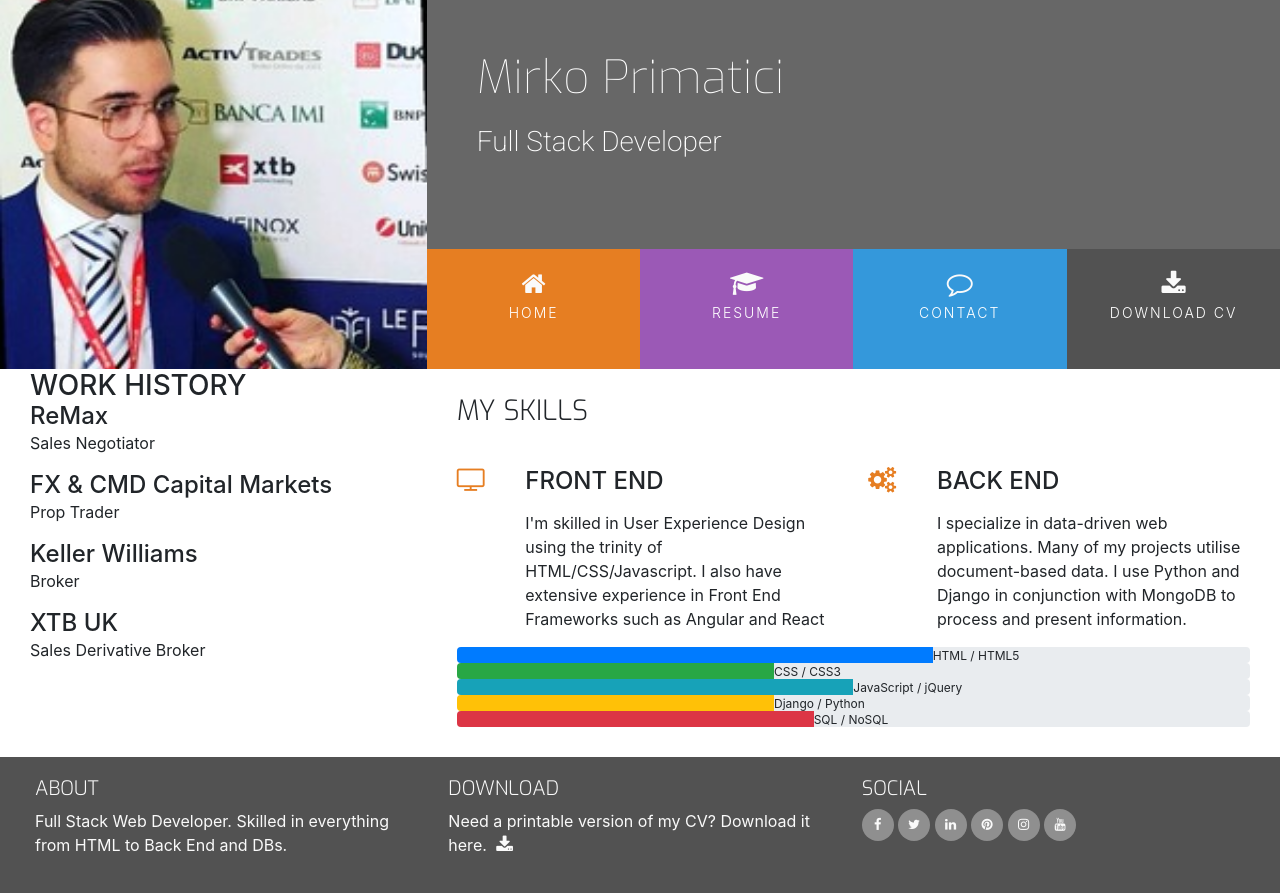
Repository: mirkoprimaticix/Resume
Page: resume.html
The author's editor kept a record of every edit. The page is drawn from the files as they stood at one moment, then again after the next edit.
The browser window is 1280 px wide. The pictures show the whole page.
Some web libraries are served in a nearby version.

Above is the page before.
Console error: TypeError: Cannot read properties of undefined (reading 'fn')

### resume.html
<!DOCTYPE html>
<html lang="en">
<head>
    <meta charset="UTF-8">
    <meta name="viewport" content="width=device-width, initial-scale=1.0">
    <meta http-equiv="X-UA-Compatible" content="ie=edge">
    <link rel="stylesheet" href="https://stackpath.bootstrapcdn.com/bootstrap/4.3.1/css/bootstrap.min.css" integrity="sha384-ggOyR0iXCbMQv3Xipma34MD+dH/1fQ784/j6cY/iJTQUOhcWr7x9JvoRxT2MZw1T" crossorigin="anonymous">
    <script src="https://stackpath.bootstrapcdn.com/bootstrap/4.3.1/js/bootstrap.min.js" integrity="sha384-JjSmVgyd0p3pXB1rRibZUAYoIIy6OrQ6VrjIEaFf/nJGzIxFDsf4x0xIM+B07jRM" crossorigin="anonymous"></script>
    <link rel="stylesheet" href="https://stackpath.bootstrapcdn.com/font-awesome/4.7.0/css/font-awesome.min.css" type="text/css" />
    <link rel="stylesheet" href="https://cdnjs.cloudflare.com/ajax/libs/hover.css/2.1.1/css/hover-min.css" type="text/css" />
    <link rel="stylesheet" href="assets/css/style.css" type="text/css" />
    <title>Mirko</title>
</head>
<body>
    <header>
        <div class = "row no-gutters">
            <a href="index.html" class = "col-md-4 logo">

            </a>
            <div class="col-md-8">
                <div class="row no-gutters bg-color-name-title">
                    <div class="col heading">
                        <h1 class="name">Mirko Primatici</h1>
                        <h2 class="title"> Full Stack Developer</h2>
                    </div>
                </div>
                <div class="row no-gutters">
                    <div class="col">
                        <ul id="nav" class="list-inline menucontainer">
                            <li class="col-6 col-sm-3 list-inline-item ui-menu-color-home menuitem">
                                <a href="#" class="hvr-sweep-to-bottom"><i class="fa fa-home" aria-hidden="true"></i><span>Home</span></a>
                            </li>
                            <li class="col-6 col-sm-3 list-inline-item ui-menu-color-resume menuitem">
                                <a href="#" class="hvr-sweep-to-bottom"><i class="fa fa-graduation-cap" aria-hidden="true"></i><span>Resume</span></a>
                            </li>
                            <li class="col-6 col-sm-3 list-inline-item ui-menu-color-contact menuitem">
                                <a href="#" class="hvr-sweep-to-bottom"><i class="fa fa-comment-o" aria-hidden="true"></i><span>Contact</span></a>
                            </li>
                            <li class="col-6 col-sm-3 list-inline-item ui-menu-color-download menuitem">
                                <a href="#" class="hvr-sweep-to-bottom"><i class="fa fa-download" aria-hidden="true"></i><span>Download CV</span></a>
                            </li>
                        </ul>
                    </div>
                </div>
            </div>
        </div>
    </header>
    <section class="container-fluid">
        <div class="row">
            <div class="col-md-4 bg-color-work-history section-column">
                <div class="row">
                    <div class="col-12">
                        <h3 class="history-heading uppercase">
                            Work History
                        </h3>
                    </div>
                </div>
                <div class="history-items">
                    <div class="timeline-item" data-dates="02/2015 - 04/2016">
                        <h4>ReMax</h4>
                        <p>Sales Negotiator</p>
                    </div>
                    <div class="timeline-item" data-dates="04/2016 - Present">
                        <h4>FX & CMD Capital Markets</h4>
                        <p>Prop Trader</p>
                    </div>
                    <div class="timeline-item" data-dates="08/2017 - 12/2018">
                        <h4>Keller Williams</h4>
                        <p>Broker</p>
                    </div>
                    <div class="timeline-item" data-dates="12/2018 - Present">
                        <h4>XTB UK</h4>
                        <p>Sales Derivative Broker</p>
                    </div>
                </div>
            </div>
            <div class="col-md-8 bg-color-three-reasons section-column">
                <div class="row">
                    <div class="col">
                        <h3 class="section-heading uppercase">My Skills</h3>
                    </div>
                </div>
                <div class="row">
                    <div class="col-10 offset-1 offset-sm-0 col-sm-4 col-md-6">
                        <div class="row">
                            <div class="col-2">
                                <i class="three-reasons-icon fa fa-tv" aria-hidden="true"></i>
                            </div>
                            <div class="col-10">
                                <h4 class="three-reasons-heading uppercase">Front End</h4>
                                <p>
                                    I'm skilled in User Experience Design using the trinity of HTML/CSS/Javascript. I also have extensive experience in Front End Frameworks such as Angular and React
                                </p>
                            </div>
                        </div>
                    </div>
                    <div class="col-10 offset-1 offset-sm-0 col-sm-4 col-md-6">
                        <div class="row">
                            <div class="col-2">
                                <i class="three-reasons-icon fa fa-gears" aria-hidden="true"></i>
                            </div>
                            <div class="col-10">
                                <h4 class="three-reasons-heading uppercase">Back End</h4>
                                <p>
                                    I specialize in data-driven web applications. Many of my projects utilise document-based data. I use Python and Django in conjunction with MongoDB to process and present information.
                                </p>
                            </div>
                        </div>
                    </div>
                </div>
                <div class="row progress-section">
                    <div class="col">
                        <div class="progress">
                            <div class="progress-bar" role="progressbar" aria-valuenow="60" aria-valuemin="0" aria-valuemax="100" style="width:60%;">
                                <span class="sr-only">60% complete</span>
                            </div>
                            <span class="progress-type">HTML / HTML5</span>
                        </div>
                        <div class="progress">
                            <div class="progress-bar bg-success" role="progressbar" aria-valuenow="40" aria-valuemin="0" aria-valuemax="100" style="width:40%;">
                                <span class="sr-only">40% complete</span>
                            </div>
                            <span class="progress-type">CSS / CSS3</span>
                        </div>
                        <div class="progress">
                            <div class="progress-bar bg-info" role="progressbar" aria-valuenow="50" aria-valuemin="0" aria-valuemax="100" style="width:50%;">
                                <span class="sr-only">50% complete</span>
                            </div>
                            <span class="progress-type">JavaScript / jQuery</span>
                        </div>
                        <div class="progress">
                            <div class="progress-bar bg-warning" role="progressbar" aria-valuenow="40" aria-valuemin="0" aria-valuemax="100" style="width:40%;">
                                <span class="sr-only">40% complete</span>
                            </div>
                            <span class="progress-type">Django / Python</span>
                        </div>
                        <div class="progress">
                            <div class="progress-bar bg-danger" role="progressbar" aria-valuenow="45" aria-valuemin="0" aria-valuemax="100" style="width:45%;">
                                <span class="sr-only">45% complete</span>
                            </div>
                            <span class="progress-type">SQL / NoSQL</span>
                        </div>
                    </div>
                </div>
            </div>
        </div>

    </section>
    <footer class="container-fluid">
        <div id="footer-details" class="row">
            <div class="col-sm-4">
                <h5 class="uppercase general-sub">About</h5>
                <p class="inline-block">
                    Full Stack Web Developer. Skilled in everything from HTML to Back End and DBs.
                </p>
            </div>
            <div class="col-sm-4">
                <h5 class="uppercase general-sub">Download</h5>
                <p class="inline-block">
                    Need a printable version of my CV? Download it here.
                    <a href="#" target="_blank" class="cv-pdf">
                        <i class="fa fa-download" aria-hidden="true"></i>
                        <span class="sr-only">Download link.</span>
                    </a>
                </p>
            </div>
            <div class="col-sm-4">
                <h5 class="uppercase general-sub">Social</h5>
                <ul class="list-inline social-links">
                    <li class="list-inline-item">
                        <a target="_blank" href="#">
                            <i class="fa fa-facebook" aria-hidden="true"></i>
                            <span class="sr-only">Facebook</span>
                        </a>
                    </li>
                    <li class="list-inline-item">
                        <a target="_blank" href="#">
                            <i class="fa fa-twitter" aria-hidden="true"></i>
                            <span class="sr-only">Twitter</span>
                        </a>
                    </li>
                    <li class="list-inline-item">
                        <a target="_blank" href="#">
                            <i class="fa fa-linkedin" aria-hidden="true"></i>
                            <span class="sr-only">LinkedIn</span>
                        </a>
                    </li>
                    <li class="list-inline-item">
                        <a target="_blank" href="#">
                            <i class="fa fa-pinterest" aria-hidden="true"></i>
                            <span class="sr-only">Pinterest</span>
                        </a>
                    </li>
                    <li class="list-inline-item">
                        <a target="_blank" href="#">
                            <i class="fa fa-instagram" aria-hidden="true"></i>
                            <span class="sr-only">Instagram</span>
                        </a>
                    </li>
                    <li class="list-inline-item">
                        <a target="_blank" href="#">
                            <i class="fa fa-youtube" aria-hidden="true"></i>
                            <span class="sr-only">YouTube</span>
                        </a>
                    </li>
                </ul>
            </div>
        </div>
    </footer>

</body>
</html>

### assets/css/style.css
@import url('https://fonts.googleapis.com/css?family=Roboto:100,200,300,400,500,600,700|Exo:100,200,300,400,500,600,700');

/*--------------------------------------------Colors*/

.bg-color-name-title {
    background-color: #676767;
}

.bg-color-three-reasons {
    background-color: #fff;
}

.bg-color-personal-info {
    background-color: #f4f4f4;
}

.ui-menu-color-home {
    background-color: #e67e22;
}

.ui-menu-color-resume {
    background-color: #9b59b6;
}

.ui-menu-color-contact {
    background-color: #3498db;
}

.ui-menu-color-download {
    background-color: #525252;
}

.row-table {
    display: table;
}

.section-column {
    display: table-cell;
    padding: 0 30px 30px;
    float: none;
}

.section-heading {
    font-family: "Exo", sans-serif;
    font-weight: 300;
    margin-top: 25px;
    margin-bottom: 40px;
}

/* ----------------------------------------Special paddings/margins/text */

h1,
h2,
h3,
h4 {
    margin: 0;
}

.uppercase {
    text-transform: uppercase;
}

.general-sub {
    font-family: "Exo", sans-serif;
    font-weight: 300;
    color: #fafafa;
}

.inline-block {
    display: inline-block;
}

.row-table {
    display: table;
}

.section-column {
    display: table-cell;
    padding: 0 30px 30px;
    float: none;
}

.section-heading {
    font-family: "Exo", sans-serif;
    font-weight: 300;
    margin-top: 25px;
    margin-bottom: 40px;
}

/*--------------------------------------------Heading*/

header {
    margin: 0;
}

.heading {
    margin-left: 50px;
}


.logo {
    background: url("../images/mirkop.jpeg");
    background-position: center;
    background-repeat: no-repeat;
    background-size: cover;
    min-height: 360px;
    transition: all .5s ease-in-out;
    -moz-transition: all .5s ease-in-out;
    -webkit-transition: all .5s ease-in-out;
}

.name {
    font-family: "Exo", sans-serif;
    font-weight: 100;
    font-size: 46px;
    margin-top: 50px;
    color: #fff;
}

.title {
    font-family: "Roboto", sans-serif;
    font-weight: 200;
    font-size: 28px;
    margin-top: 20px;
    margin-bottom: 90px;
    color: #fff;
}

.list-inline-item:not(:last-child) {
    margin: 0;
}

.menucontainer {
    font-size: 0;
}

#nav li {
    font-size: 14px;
    padding: 0;
}

#nav {
    margin: 0;
}

.menuitem {
    height: 120px;
    text-align: center;
    padding: 0;
}

.menuitem a {
    width: 100%;
    text-decoration: none;
    color: #fff;
    height: 120px;
}

.menuitem a i {
    padding-top: 22px;
    display: block;
    color: #fafafa;
    font-size: 26px;
}

.menuitem span {
    display: block;
    width: 100%;
    padding-top: 5px;
    text-align: center;
    text-transform: uppercase;
    font-size: 14px;
    font-weight: 300;
    letter-spacing: 2px;
}

/*--------------------------------------------Hover.css*/

.hvr-sweep-to-bottom:before {
    background: rgba(0, 0, 0, 0.2);
    height: 120px;
}

/* ----------------------------------------Footer */

footer {
    background-color: #525252;
    color: #fafafa;
    min-height: 120px;
    margin: 0;
}

.cv-pdf i {
    font-size: 18px;
    color: #fafafa;
    text-align: center;
    padding-left: 5px;
    transition: all 0.35s ease-in-out;
    -moz-transition: all 0.35s ease-in-out;
    -webkit-transition: all 0.35s ease-in-out;
    -o-transition: all 0.35s ease-in-out;
}

.cv-pdf i:hover {
    color: #e84610;
}

.social-links {
    padding-bottom: 15px;
}

.social-links li a i {
    width: 32px;
    height: 32px;
    padding: 12px 0;
    border-radius: 50%;
    font-size: 13px;
    line-height: 7px;
    text-align: center;
    color: #fafafa;
    background: #8f8f8f;
    transition: all 0.35s ease-in-out;
    -moz-transition: all 0.35s ease-in-out;
    -webkit-transition: all 0.35s ease-in-out;
    -o-transition: all 0.35s ease-in-out;
}

.social-links li a i:hover {
    background: #e84610;
}

#footer-details {
    padding: 20px;
}

/* ----------------------------------------Three Reasons */

.three-reasons-icon {
    font-size: 26px;
    color: #e67e22;
}

.three-reasons-heading {
    margin-bottom: 15px;
}

/* ----------------------------------------Personal Info */

.personal-info-item {
    margin-bottom: 20px;
    display: block;
    clear: both;
}

.personal-info-item .key,
.personal-info-item .value {
    padding-right: 8px;
    display: inline-block;
}

.personal-info-item .key p,
.personal-info-item .value p {
    margin: 0;
}

.personal-info-item .key {
    width: 30%;
    margin-right: 21px;
    padding-top: 2px;
    vertical-align: top;
}

.personal-info-item .key p {
    font-weight: 700;
}

.personal-info-item .value {
    position: relative;
    width: 60%;
}

After the next edit:
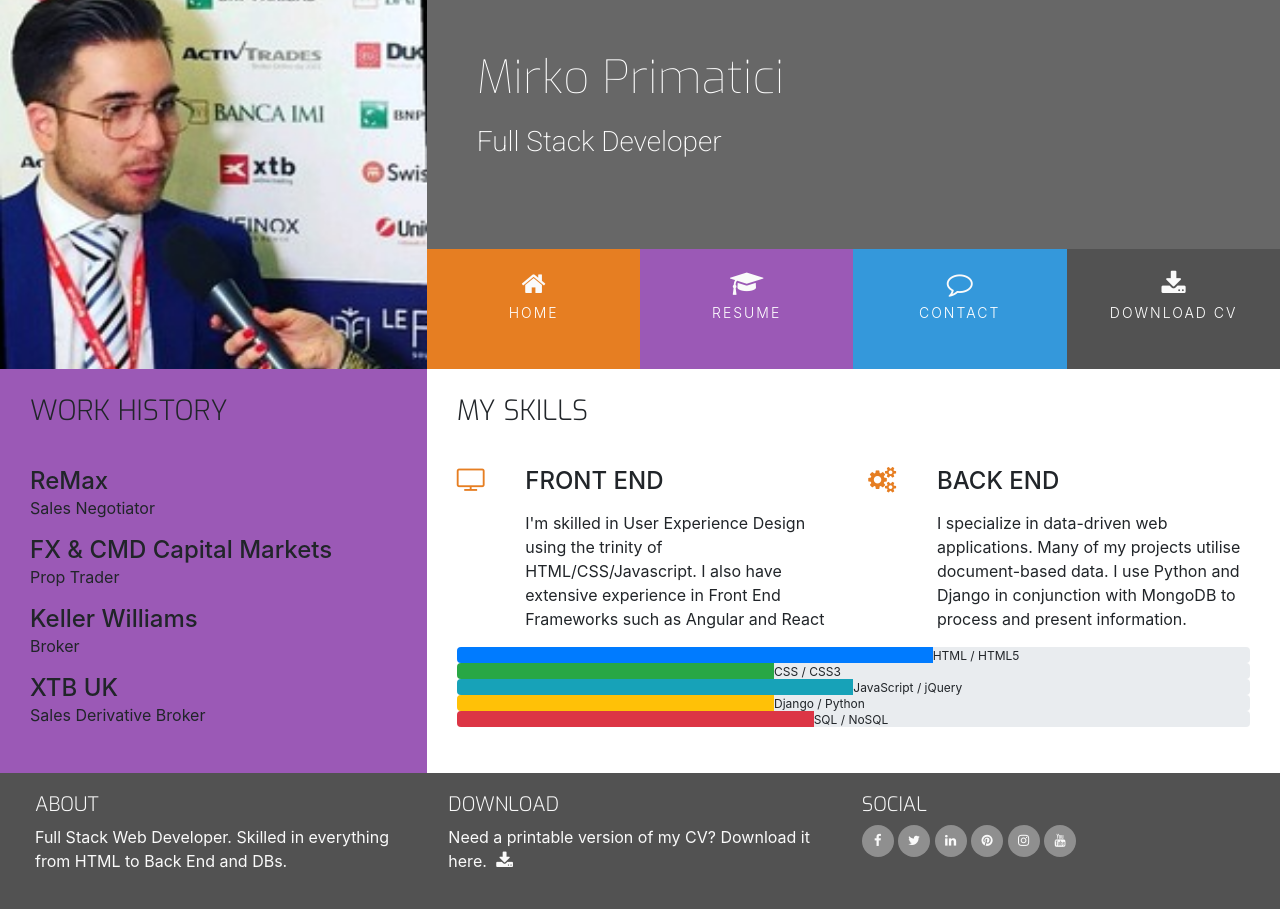
The edit:
--- a/assets/css/style.css
+++ b/assets/css/style.css
@@ -12,6 +12,10 @@
 
 .bg-color-personal-info {
     background-color: #f4f4f4;
+}
+
+.bg-color-work-history {
+    background-color: #9b59b6;
 }
 
 .ui-menu-color-home {
@@ -80,6 +84,7 @@
     float: none;
 }
 
+.history-heading,
 .section-heading {
     font-family: "Exo", sans-serif;
     font-weight: 300;
@@ -96,6 +101,7 @@
 .heading {
     margin-left: 50px;
 }
+
 
 
 .logo {
